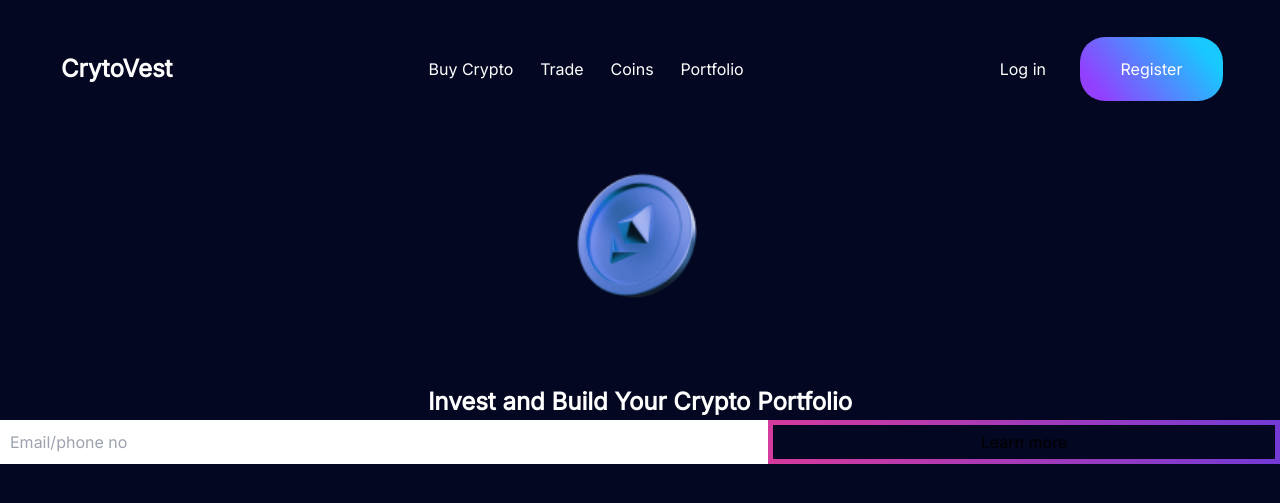
Repository: Eugene44-hub/cryptovest
Page: /
An editor plug-in stored every save of this project. The page is shown before and after the next save, followed by the edit.
The browser window is 1280 px wide. The pictures show the whole page.
The project was rebuilt for these pictures with package versions that can differ from the ones it lists, and the page was loaded fresh each time. Also part of the build but not shown: vite.config.ts.

Above is the page before, as saved 2022-07-15 17:27:59.

After the next save:
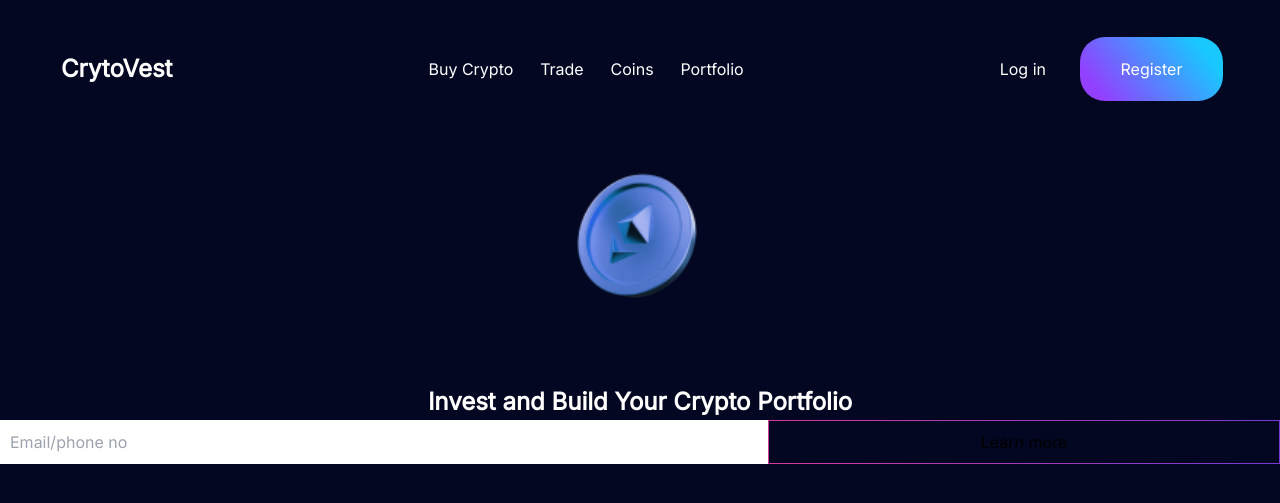
Saved 5 s later.
--- a/src/components/hero/Hero.module.scss
+++ b/src/components/hero/Hero.module.scss
@@ -6,7 +6,7 @@
     }
     .inputBtn {
         border-image-slice: 1;
-        border-width: 5px;
+        border-width: 1px;
         border-style: solid;
         border-image-source: linear-gradient(to left, #743ad5, #d53a9d);
     }
